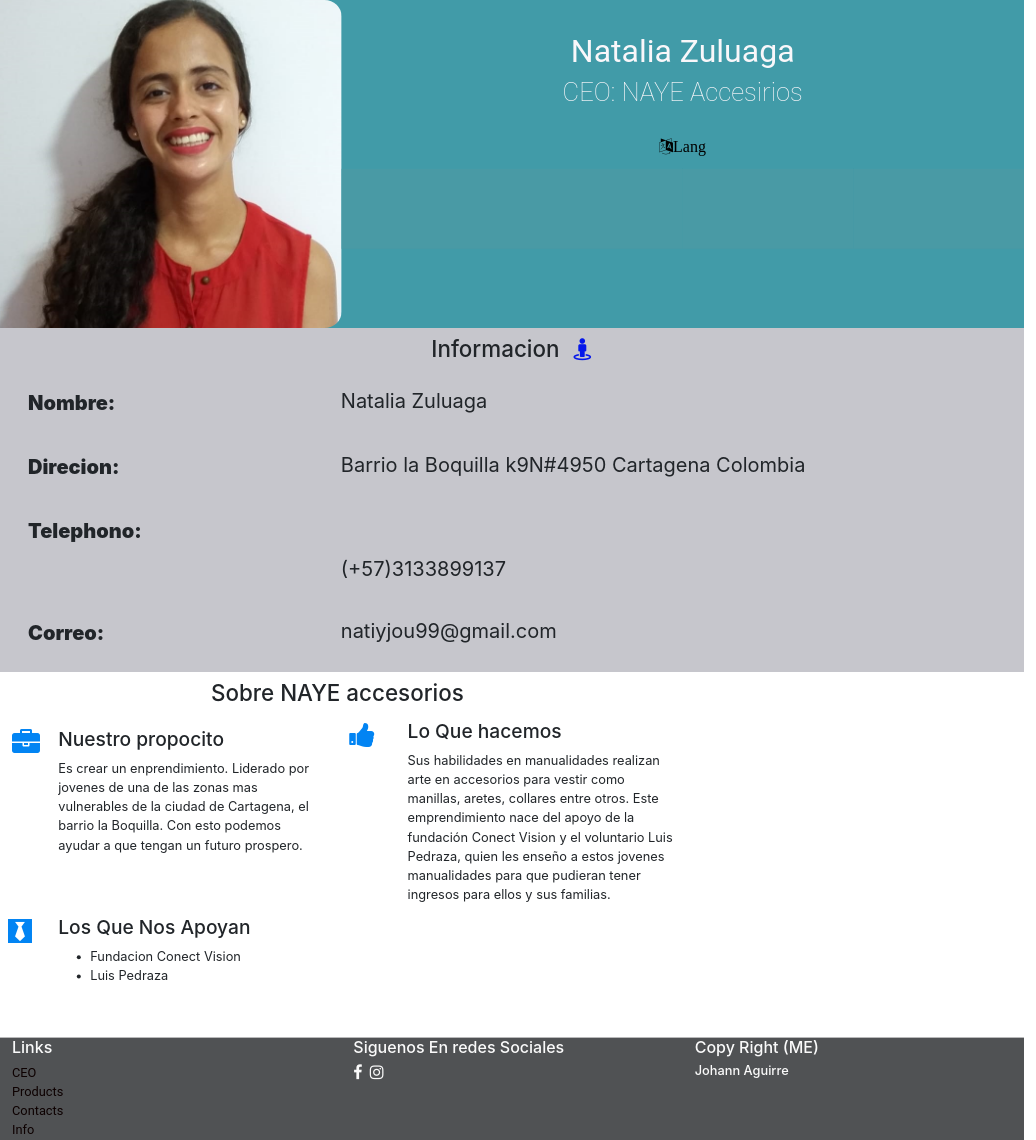
Repository: cachimiro/1-mile-stone-project
Page: index.html
The author's editor kept a record of every edit. The page is drawn from the files as they stood at one moment, then again after the next edit.
The browser window is 1280 px wide. The page is 1295 px wide, so the pictures cover 1295 px, including what lies to the right of the window. The pictures show the whole page, at 80% of full size.
Some web libraries are served in a nearby version.

Above is the page before.

### index.html
<!DOCTYPE html>
<html lang="es">

<head>
    <meta charset="UTF-8">
    <meta name="viewport" content="width=device-width, initial-scale=1.0">
    <meta http-equiv="X-UA-Compatible" content="ie=edge">
    <link rel="stylesheet" href="https://stackpath.bootstrapcdn.com/bootstrap/4.2.1/css/bootstrap.min.css" type="text/css" />
    <link rel="stylesheet" href="https://stackpath.bootstrapcdn.com/font-awesome/4.7.0/css/font-awesome.min.css" type="text/css" />
    <link rel="stylesheet" href="https://cdnjs.cloudflare.com/ajax/libs/hover.css/2.3.1/css/hover-min.css" type="text/css" />
    <link rel="stylesheet" href="css/style.css" type="text/css" />
    <title>NAYE accesirios</title>
</head>

<body>
    <header>
        <div class="row no-gutters">
            <a href="#" class="col-sm logo ">

            </a>

            <div class="col-md-8">
                <div class="row no-gutters">
                    <div class="col heading bg-color-name-title">
                        <h1 class="name">Natalia Zuluaga</h1>
                        <h2 class="title">CEO: NAYE Accesirios</h2>
                        <div class="dropdown">
                            <button class="dropbtn"><i class="fa fa-language">Lang</i></button>
                            <div class="dropdown-content">
                                <a href="index-english.html">English</a>
                            </div>
                        </div>


                    </div>
                </div>
                <div class="row no-gutters inline-block">
                    <div class="col"></div>
                    <div id="nav" class="list-inline menucontainer">
                        <div class="col-6 col-sm-3 ui-menu-color-ceo list-inline-item menuitem">
                            <a href="#">CEO<i class="fa fa-ceo hvr-icon" aria-hidden="true"> <span><i class="fas fa-female"></i></span></i>  </a>
                        </div>
                        <div class="col-6 col-sm-3 ui-menu-color-contacto list-inline-item menuitem">
                            <a href="contactos.html">Contacto<i class="fa fa-contact hvr-icon" aria-hidden="true"> <span><i class="far fa-id-card"></i></span></i>  </a>
                        </div>
                        <div class="col-6 col-sm-3 ui-menu-color-productos list-inline-item menuitem">
                            <a href="productos.html"> Productos<i class="fa fa-crown hvr-icon" aria-hidden="true"> <span><i class="fas fa-heartbeat"></i></span></i>  </a>
                        </div>
                        <div class="col-6 col-sm-3 ui-menu-color-info list-inline-item menuitem">
                            <a href="informacion.html">Info<i class="fa fa-info hvr-icon" aria-hidden="true"></i>  </a>
                        </div>


                    </div>

                </div>

            </div>
        </div>
    </header>
    <section class="container-fluid">
        <div class="row">
            <div class="col bg-color-personal-info section-column colour-of-infimacion">
                <div class="row">
                    <div class="col-12">
                        <h3 class="section-heading uppercase">Informacion <i class="fa fa-street-view"></i></h3>
                    </div>
                </div>
                 <div class="personal-info-item">
                    <div class="key">
                        <p class="uppercase">
                            Nombre:

                        </p>
                    </div>
                    <div class="value">
                        <p>
                            Natalia Zuluaga

                        </p>
                    </div>
                </div>
                <div class="personal-info-item">
                    <div class="key">
                        <p class="uppercase">
                            Direcion:

                        </p>
                    </div>
                    <div class="value">
                        <p>
                            Barrio la Boquilla k9N#4950 Cartagena Colombia

                        </p>
                    </div>
                </div>
                 <div class="personal-info-item">
                    <div class="key">
                        <p class="uppercase">
                            Telephono:

                        </p>
                    </div>
                    <div class="value">
                        <p class="move-right">
                       (+57)3133899137

                        </p>
                    </div>
                </div>
                 <div class="personal-info-item">
                    <div class="key">
                        <p class="uppercase">
                            Correo:

                        </p>
                    </div>
                    <div class="value">
                        <p>
                            natiyjou99@gmail.com

                        </p>
                    </div>
                </div>
            </div>

            <div class="row">
            <div class="col-md-8 bg-color-three-reasons section-column">
                <div class="row">
                    <div class="col">
                        <h3 class="section-heading uppercase">Sobre NAYE accesorios</h3>
                    </div>
                </div>
                    <div class="row">
                        <div class="col-10 offset-1 offset-sm-0 col-sm-4 col-md-6">
                            <div class="row">
                                <div class="col-2">
                                    <i class=" move-icon three-reasons-icon fa fa-briefcase" aria-hidden="true"></i>
                                </div>
                                <div class="col-10">
                                    <h4 class="three-reasons-heading uppercase add-padding">Nuestro  propocito</h4>
                                    <p> Es crear un enprendimiento. Liderado por jovenes
                                    de una de las zonas mas vulnerables de la ciudad de Cartagena,
                                    el barrio la Boquilla. Con esto podemos ayudar a que tengan un futuro prospero. </p>
                                </div>
                            </div>
                        </div>
                         <div class="col-10 offset-1 offset-sm-0 col-sm-4 col-md-6">
                            <div class="row">
                                <div class="col-2">
                                    <i class="three-reasons-icon fa fa-thumbs-up" aria-hidden="true"></i>
                                </div>
                                <div class="col-10">
                                    <h4 class="three-reasons-heading uppercase">Lo Que hacemos </h4>
                                    <p> Sus habilidades en manualidades realizan arte en accesorios para vestir
                                       como manillas, aretes, collares entre otros. Este emprendimiento
                                       nace del apoyo de la fundación Conect Vision y el voluntario Luis Pedraza,
                                       quien les enseño a estos jovenes manualidades para que pudieran tener ingresos
                                       para ellos y sus familias.</p>
                                </div>
                            </div>
                        </div>
                         <div class="col-10 offset-1 offset-sm-0 col-sm-4 col-md-6">
                            <div class="row">
                                <div class="col-2">
                                    <i class="move-icon-3 three-reasons-icon fa fa-black-tie" aria-hidden="true"></i>
                                </div>
                                <div class="col-10">
                                    <h4 class="three-reasons-heading uppercase">Los Que Nos Apoyan</h4>
                                    <ul>
                                        <li>Fundacion Conect Vision</li>
                                        <li class="add-padding-3">Luis Pedraza</li>
                                    </ul>
                                </div>
                            </div>
                        </div>

                    </div>

            </div>
        </div>
        </div>



    </section>



    <footer class="container-fluid">
        <div id="footer-detail" class="row">
            <div class="col-sm-4">
                <h5 class="uppercase general-sub">Links</h5>
                <div class="inline-block">
                    <div class="links-footer">
                        <a href="#">
                            <div>
                                CEO
                            </div>
                        </a>
                         <a href="productos.html">
                            <div>
                                Products
                            </div>
                        </a>
                         <a href="contactos.html">
                            <div>
                                Contacts
                            </div>
                        </a>
                         <a href="informacion.html">
                            <div>
                                Info
                            </div>
                        </a>
                    </div>
                </div>
            </div>
            <div class="col-sm-4">
                <h5 class="uppercase general-sub">Siguenos En redes Sociales</h5>
                <div class="social-media-icons">
                    <div class="list-inline-item">
                        <a href="https://m.facebook.com/Nayeaccesorio/" target="_blank" class="">
                        <i class="fa fa-facebook" aria-hidden="true"></i>
                        <span class="sr-only">Facebook</span>
                        </a>
                    </div>
                    <div class="list-inline-item"></div>
                    <a href="https://www.instagram.com/nayeaccesorios/" target="_blank" class="">
                         <i class="fa fa-instagram" aria-hidden="true"></i>
                            <span class="sr-only">Instagram</span>
                            </a>

                </div>
            </div>
             <div class="col-sm-4">
                <h5 class="uppercase general-sub"> Copy Right (ME)</h5>
                <h6>Johann Aguirre</h6>

            </div>
        </div>


    </footer>
</body>

</html>

### css/style.css
@import url('https://fonts.googleapis.com/css?family=Roboto+Slab&display=swap');
/*----------colours*/

header {
    margin: 0;
    background-color: #419ba8;
    color: #f9f7fa;


}

.bg-color-name-title {
    padding-top: 30px;
}


.ui-menu-color-ceo {
    background-color:#499aa5;
    transition: all .5s ease-in-out;
    -moz-transition: all .5s ease-in-out;
    -webkit-transition: all .5s ease-in-out;


}

.ui-menu-color-contacto {
    background-color: #499aa5;
    transition: all .5s ease-in-out;
    -moz-transition: all .5s ease-in-out;
    -webkit-transition: all .5s ease-in-out;

}

.ui-menu-color-productos {
    background-color: #499aa5;
    transition: all .5s ease-in-out;
    -moz-transition: all .5s ease-in-out;
    -webkit-transition: all .5s ease-in-out;

}

.ui-menu-color-info {
    background-color: #499aa5;
    transition: all .5s ease-in-out;
    -moz-transition: all .5s ease-in-out;
    -webkit-transition: all .5s ease-in-out;

}

/*---------------sosial links colors*/

.social-links i {
    color: black;
}

/*-------------------heading, decoration*/

.list-inline-item:not(:last-child) {
    margin: 0;
}

.list-inline-item:hover{
    background-color: #757b7b;
    border-radius: 50%;
}

.bg-color-name-title {
    padding-top: 30px;
    font-family: "roboto", sans-serif;
    text-align: center;
}

.title {
    font-weight: 200;
    padding-bottom: 15px;
}

.name {
    font-weight: 400;
    padding-top: 10px;
}





i {
    color: #fafafa;

}

.inline-block {
    display: inline;
}

a {
    color: #0d0101;
}

a:hover {
    text-decoration: none;
    color: #fafafa;
}

.logo {
    background: url("../photo/natalia.jpg");
    background-position: center;
    background-repeat: no-repeat;
    background-size: cover;
    height: 410px;
    width: 370px;
    border-top-right-radius: 5%;
    border-bottom-right-radius: 5%;
    transition: all .5s ease-in-out;
    -moz-transition: all .10s ease-in-out;
    -webkit-transition: all .10s ease-in-out;
}

.menucontainer {
    font-size: 0;
}



#nav li {
    font-size: 20px;
    padding: 0;

}

.menuitem {
    line-height: 100px;
    text-align: center;

}


/*----------------drop down button*/

.dropbtn {
    background-color: transparent;
    color: #222020;
    padding: 16px;
    font-size: 12px;
    border: none;
}

.dropdown i {
    color: #000000;
    font-size: 20px;
}

.dropdown {
    position: static;
    display: inline-block;
    text-align: right;

}

.dropdown-content {
    display: none;
    position: absolute;
    background-color: #fafafa;
    min-width: 16px;
    box-shadow: 0px 8px 16px 0px rgba(0, 0, 0, 0.2);
    z-index: 1;
    border-radius: 20%;
}

.dropdown-content a {
    color: #000000;
    padding: 12px 16px;
    text-decoration: none;
    display: block;
}

.dropdown-content a:hover {
    background-color: #eb1e03;
    border-radius: 50%;


}

.dropdown:hover .dropdown-content {
    display: block;
}



/*-----------------------------section personal informtion informacion*/

.section-heading {
    padding: 10px;
    text-align: center;
}

.add-padding {
    padding-top: 10px;
}

.add-padding-3 {
    padding-bottom: 50px;
}

.move-icon {
    padding-left: 15px;
    padding-top: 10px;
}

.move-icon-3 {
    padding-left: 10px
}

.three-reasons-icon {
    color: #0284f3;
    font-size: 35px;

}

.colour-of-infimacion {
    background-color: #c6c6cc;
    line-height: 18px;

}


.personal-info-item {
    font-size: 25px;
    margin-bottom: 20px;
    padding: 20px;
    display: block;
    clear: both;

}

.col-md-4 {
    padding-right: 0;
}

.personal-info-item .key,
.personal-info-item .value {
    padding-right: 8px;
    display: inline-block;

}

.personal-info-item .key p,
.personal-info-item .value p {
    margin: 0;
}

.move-right {
    padding-top: 50px;
}

.personal-info-item .key {
    width: 30%;
    margin-right: 21px;
    padding-top: 2px;
    vertical-align: top;
}

.personal-info-item .key p {
    font-weight: 900;

}

.personal-info-item .value {
    position: relative;
    width: 60%;
}

/*----------------------------section icons*/

h3 i {
    color: #0517ea;
    padding-left: 10px;
}

/*---------------------footer links*/

.links-footer {
    font-family: "roboto", sans-serif;
    padding-right: 250px;



}

.links-footer li {
    color: #fafafa;
    text-decoration: none;
    list-style-type: none;
}

.links-footer li:hover {
    color: #e80c0c;


}

/*-----------------------footer*/


.social-media-icons i {
    color: #fafafa;
    text-align: center;
    font-size: 20px;


}

.social-media-icons i:hover {
    background-color: #e80c0c;
    border-radius: 50%;
    height: 30px;
    width: 30px;
    padding-top: 5px;
    transition-duration: 1s;



}

footer {
    background-color: #505254;
    margin: 0;
    color: #fafafa;
    position: static;


}




/*---------------------------------productos.html*/

/*------------------------------header*/



.logo-2 {
    text-align: center;
    top: -36px;
    background-repeat: no-repeat;
    width: 200px;
    height: 200px;
    margin: 0px;
    padding: 0px;
    background-color: #499aa5;
    transition: all 2s ease-in-out;
    -moz-transition: all 2s ease-in-out;
    -webkit-transition: all 2s ease-in-out;
}


.nowrap {
    flex-wrap: wrap-reverse;
}

/*--------------------------------------------section*/

/*----------------------------------image*/

.photo-adjust {
    margin: 0;
    padding: 0;
    display: block;
    top: -21px;
    line-height: 20px;


}

.photo-1 {
    border-radius: 50%;
    -webkit-transition: border-radius 2s;
    transition: border-radius 2s;
}

.photo-1:hover {
    border-radius: 0;
    transition-duration: 1s;

}



.dropdown-links {
    line-height: 100px;
    text-align: center;

}

.dropbtn-links {
    top: -56px;
    padding: 0;
    margin: 0;
}

/*--------------------------hover image information*/

.font-style {
    color: #111111;
    font-family: "roboto", sans-serif;
    font-weight: 600;
    text-align: center;
    text-shadow: 2px 2px #28c7db;
    padding: 10px;
}

/*-------------------------drop-down-button-2*/

.dropdown-2 {
    position: static;
    right: -500px;
    top: 0;
    z-index: 1;

}

.dropbtn-2 {
    background-color: transparent;
    color: #222020;
    padding: 16px;
    font-size: 12px;
    border: none;
}

.dropdown-2 i {
    color: #222020;
    font-size: 20px;
}




.dropdown-content-2 {
    display: none;
    position: absolute;
    background-color: #fafafa;
    min-width: 16px;
    box-shadow: 0px 8px 16px 0px rgba(0, 0, 0, 0.2);
    z-index: 1;
    border-radius: 20%;
}

.dropdown-content-2 a {
    color: #000000;
    padding: 12px 16px;
    text-decoration: none;
    display: block;
}

.dropdown-content-2 a:hover {
    background-color: #eb1e03;
    border-radius: 50%;


}

.dropdown-2:hover .dropdown-content-2 {
    display: block;
}

.dropdown-2:hover .dropbtn-2 {
    background-color: #3fbec8;


}

/*------------------------------------contactos.html*/

.bg-color-lightblue {
    background-color: #fafafa;
}

.logo-3 {
    text-align: center;
    top: -56px;
    background-repeat: no-repeat;
    width: 200px;
    height: 200px;
    margin: 0px;
    padding: 0px;
    position: static;
    background-color: #499aa5;
    transition: all 2s ease-in-out;
    -moz-transition: all 2s ease-in-out;
    -webkit-transition: all 2s ease-in-out;
}

.menuitem-1 {
    line-height: 100px;
    text-align: center;
}

/*---------------------------------contact form*/

.contact-firm {
    text-align: center;
    font-size: 40px;
    font-weight: 200;
    font-family: "roboto", sans-serif;
    padding: 20px;
    color: #000000;

}

input[type=email] {
    width: 100%;
    border-radius: 4px;
    margin-bottom: 10px;
    padding: 10px;
    border: 1px solid #cccccc;
}

input[type=text],
select,
textarea {
    width: 100%;
    padding: 12px;
    border: 1px solid #cccccc;
    border-radius: 4px;
    box-sizing: border-box;
    margin-top: 6px;
    margin-bottom: 16px;
    resize: vertical;
}

input[type=submit] {
    background-color: #b84bff;
    color: #fafafa;
    padding: 12px 20px;
    border: none;
    border-radius: 4px;
    cursor: pointer;
}

input[type=submit]:hover {
    background-color: #5009ff;
}

.container-6 {
    border-radius: 5px;
    background-color: #cacaca;
    padding: 20px;
}

/*--------------------------------info.html*/

.progress {
    border-radius: 10px;
}

.progress-bar {
    background-color: #122a2f;
}

.info-header {
    background-color: #419ba8;
}

.logo-4 {
    text-align: center;
    top: -56px;
    background-repeat: no-repeat;
    width: 200px;
    height: 200px;
    margin: 0px;
    padding: 0px;
    position: static;
}

.menuitem-3 {
    line-height: 100px;
    text-align: center;
    top: -20px;
}

.colour-section {
    background-color: #fafafa;
    color: #000000;
}

/*------------------------------media querys*/

@media (max-width: 450px) {
    section {
        width: 100%;
        line-height: 25px;
    }
}



@media (max-width: 450px) {
    section .colour-of-infimacion {
        border-radius: 0;
    }
}

@media (max-width:450px) {
    header .logo {
        border-radius: 0;
        width: 100%;
    }
}
@media (max-width:500px){
    .menuitem-3{
        background-color:  #c6c6cc;
    }
}
@media (max-width:500px){
    .menuitem-1{
        background-color:  #c6c6cc;
    }
}

@media (max-width: 500px) {
    header .menuitem {
        background-color:  #c6c6cc;
    }

}
@media (max-width: 1300px){
    body{
        position: static;
    }
}

After the next edit:
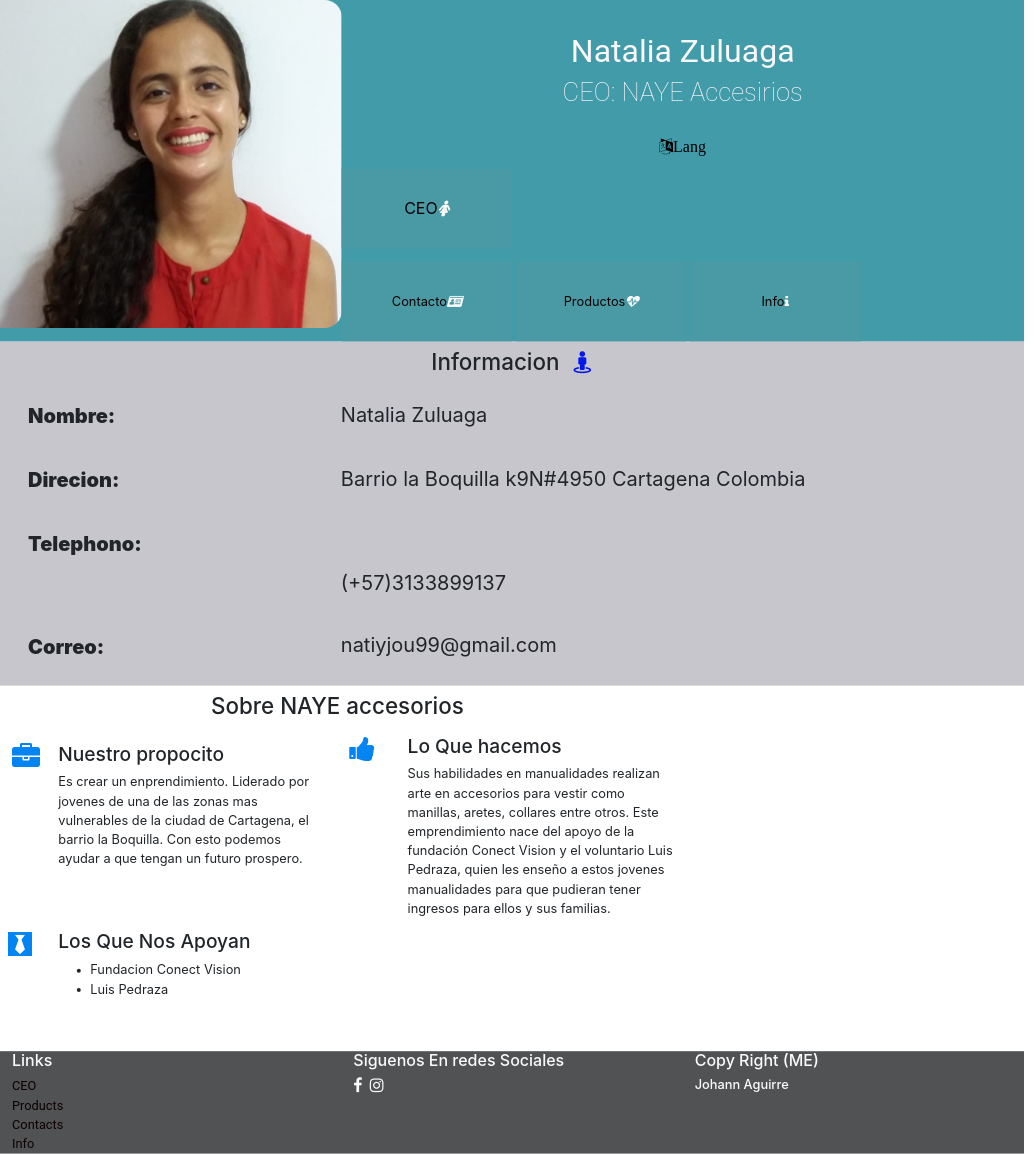
The edit:
--- a/index.html
+++ b/index.html
@@ -36,8 +36,8 @@
                 </div>
                 <div class="row no-gutters inline-block">
                     <div class="col"></div>
-                    <div id="nav" class="list-inline menucontainer">
-                        <div class="col-6 col-sm-3 ui-menu-color-ceo list-inline-item menuitem">
+                    <ul id="nav" class="list-inline menucontainer">
+                        <li class="col-6 col-sm-3 ui-menu-color-ceo list-inline-item menuitem">
                             <a href="#">CEO<i class="fa fa-ceo hvr-icon" aria-hidden="true"> <span><i class="fas fa-female"></i></span></i>  </a>
                         </div>
                         <div class="col-6 col-sm-3 ui-menu-color-contacto list-inline-item menuitem">
